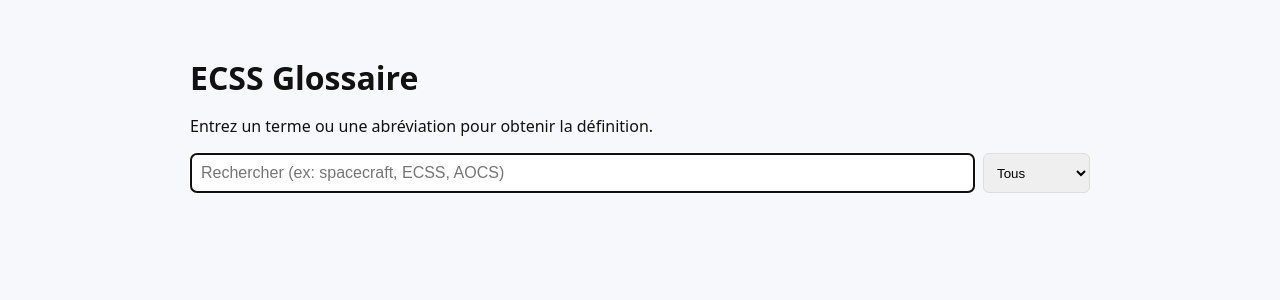
Repository: aldricprt/ecss-glossary
Page: web/index.html
The author's editor kept a copy of each file at every save. The page is drawn from the files as they stood at one save, then again after the next save.
The browser window is 1280 px wide. The pictures show the whole page.

Above is the page before, as saved 2025-10-28 13:50:00.

### web/index.html
<!doctype html>
<html lang="fr">
<head>
  <meta charset="utf-8" />
  <meta name="viewport" content="width=device-width,initial-scale=1" />
  <title>ECSS Glossaire — local</title>
  <link rel="stylesheet" href="styles.css">
</head>
<body>
  <main>
    <h1>ECSS Glossaire</h1>
    <p>Entrez un terme ou une abréviation pour obtenir la définition.</p>

    <div class="search">
      <input id="q" type="search" placeholder="Rechercher (ex: spacecraft, ECSS, AOCS)" autofocus />
      <select id="filter">
        <option value="all">Tous</option>
        <option value="Terme">Terme</option>
        <option value="Abréviation">Abréviation</option>
      </select>
    </div>

    <div id="results"></div>
  </main>

  <script src="app.js"></script>
  <!-- Fuse.js pour recherche floue côté client -->
  <script src="https://cdn.jsdelivr.net/npm/fuse.js@6.6.2/dist/fuse.min.js"></script>
</body>
</html>

### web/styles.css
:root{--bg:#f7f8fb;--card:#fff;--accent:#0b5cff}
body{font-family:system-ui,-apple-system,Segoe UI,Roboto,"Helvetica Neue",Arial; background:var(--bg); color:#111; margin:0;}
main{max-width:900px;margin:36px auto;padding:20px}
h1{margin:0 0 8px}
.search{display:flex;gap:8px;margin:14px 0}
input[type=search]{flex:1;padding:10px;border:1px solid #ddd;border-radius:6px;font-size:16px}
select{padding:9px;border-radius:6px;border:1px solid #ddd}
#results{margin-top:18px}
.item{background:var(--card);padding:14px;border-radius:8px;box-shadow:0 1px 0 rgba(0,0,0,0.04);margin-bottom:10px}
.item h3{margin:0 0 6px;font-size:18px;color:var(--accent)}
.item p{margin:0;color:#222}
small{font-size:12px;color:#666}

### web/app.js
let glossary = [];
let fuse = null;

async function tryFetch(path){
  try{
    const resp = await fetch(path);
    if(!resp.ok) throw new Error(`HTTP ${resp.status}`);
    return await resp.json();
  }catch(e){
    return null;
  }
}

async function loadGlossary() {
  // Try common locations so the frontend works whether you serve the project root
  // or only the web/ folder.
  const candidates = ['data/glossary.json', '../data/glossary.json', '/data/glossary.json'];
  for(const p of candidates){
    const j = await tryFetch(p);
    if(j){
      glossary = j;
      console.log('Loaded glossary from', p, glossary.length);
      // build Fuse index
      try{
        fuse = new Fuse(glossary, {
          keys: [
            { name: 'term', weight: 0.8 },
            { name: 'definition', weight: 0.4 }
          ],
          includeMatches: true,
          threshold: 0.35,
          ignoreLocation: true,
          minMatchCharLength: 1
        });
      }catch(e){
        console.warn('Fuse initialization failed, search will fallback to simple filtering', e);
        fuse = null;
      }
      return;
    }
  }

  // If we get here, none of the paths worked
  const msg = `Impossible de charger data/glossary.json. Assurez-vous d'avoir exécuté le parseur (tools/parse_glossary.py) et de servir le projet via un serveur HTTP. Par exemple, depuis la racine du projet :\n\n  cd /path/to/ECSS\n  python3 -m http.server 8000\n\nPuis ouvrez http://localhost:8000/web/`;
  const el = document.getElementById('results');
  el.innerHTML = '';
  const pre = document.createElement('pre');
  pre.textContent = msg;
  el.appendChild(pre);
  console.error('Could not load glossary.json from any candidate path');
}

function escapeHtml(s){
  return s.replace(/[&<>"]+/g, c=>({
    '&':'&amp;','<':'&lt;','>':'&gt;','"':'&quot;'
  }[c]));
}

function highlightWithIndices(text, indices){
  if(!indices || indices.length===0) return escapeHtml(text);
  // indices: array of [start, end] (inclusive)
  indices.sort((a,b)=>a[0]-b[0]);
  let out = '';
  let pos = 0;
  for(const [s,e] of indices){
    const start = Math.max(0, s);
    const end = Math.min(text.length-1, e);
    if(start > pos){
      out += escapeHtml(text.slice(pos, start));
    }
    out += '<mark>' + escapeHtml(text.slice(start, end+1)) + '</mark>';
    pos = end+1;
  }
  if(pos < text.length) out += escapeHtml(text.slice(pos));
  return out;
}

function mkResult(item, matches){
  const div = document.createElement('div');
  div.className = 'item';
  const h = document.createElement('h3');
  const idSuffix = item.id ? ` (${item.id})` : '';
  // find match indices for term and definition
  const mTerm = (matches || []).find(m=>m.key==='term');
  const mDef = (matches || []).find(m=>m.key==='definition');
  const termHtml = highlightWithIndices(item.term, mTerm ? mTerm.indices : []);
  const defHtml = highlightWithIndices(item.definition, mDef ? mDef.indices : []);
  h.innerHTML = `${termHtml}${escapeHtml(idSuffix)} `;
  const small = document.createElement('small');
  small.textContent = item.type;
  h.appendChild(document.createTextNode(' '));
  h.appendChild(small);
  const p = document.createElement('p');
  p.innerHTML = defHtml;
  div.appendChild(h);
  div.appendChild(p);
  return div;
}

function search(q, filter) {
  if (!q) return [];
  if(fuse){
    const raw = fuse.search(q, {limit: 200});
    let results = raw.map(r=>({item: r.item, matches: r.matches}));
    if(filter && filter !== 'all') results = results.filter(r=>r.item.type===filter);
    return results.slice(0,200);
  }
  // fallback to simple filter
  const s = q.trim().toLowerCase();
  return glossary.filter(it => {
    if (filter && filter !== 'all' && it.type !== filter) return false;
    return it.term.toLowerCase().includes(s) || it.definition.toLowerCase().includes(s);
  }).slice(0, 200).map(it=>({item:it, matches:[]}));
}

function render(results) {
  const container = document.getElementById('results');
  container.innerHTML = '';
  if (!results || results.length === 0) {
    container.textContent = 'Aucun résultat.';
    return;
  }
  for (const r of results) {
    if(r.item) container.appendChild(mkResult(r.item, r.matches));
    else container.appendChild(mkResult(r));
  }
}

function debounce(fn, wait=200){
  let t = null;
  return (...args)=>{
    clearTimeout(t);
    t = setTimeout(()=>fn(...args), wait);
  }
}

document.addEventListener('DOMContentLoaded', async ()=>{
  await loadGlossary();
  const q = document.getElementById('q');
  const filter = document.getElementById('filter');
  const doSearch = debounce(()=>{
    const results = search(q.value, filter.value);
    render(results);
  }, 150);
  q.addEventListener('input', doSearch);
  filter.addEventListener('change', doSearch);
});

Loaded but not shown: data/glossary.json (2492 lines, source omitted)

After the next save:
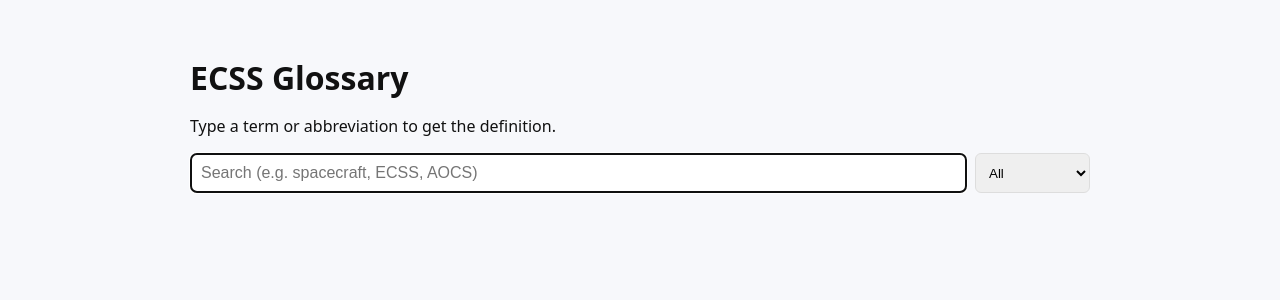
Saved 3 min 6 s later.
--- a/web/index.html
+++ b/web/index.html
@@ -1,22 +1,22 @@
 <!doctype html>
-<html lang="fr">
+<html lang="en">
 <head>
   <meta charset="utf-8" />
   <meta name="viewport" content="width=device-width,initial-scale=1" />
-  <title>ECSS Glossaire — local</title>
+  <title>ECSS Glossary — local</title>
   <link rel="stylesheet" href="styles.css">
 </head>
 <body>
   <main>
-    <h1>ECSS Glossaire</h1>
-    <p>Entrez un terme ou une abréviation pour obtenir la définition.</p>
+    <h1>ECSS Glossary</h1>
+    <p>Type a term or abbreviation to get the definition.</p>
 
     <div class="search">
-      <input id="q" type="search" placeholder="Rechercher (ex: spacecraft, ECSS, AOCS)" autofocus />
+      <input id="q" type="search" placeholder="Search (e.g. spacecraft, ECSS, AOCS)" autofocus />
       <select id="filter">
-        <option value="all">Tous</option>
-        <option value="Terme">Terme</option>
-        <option value="Abréviation">Abréviation</option>
+        <option value="all">All</option>
+        <option value="Terme">Term</option>
+        <option value="Abréviation">Abbreviation</option>
       </select>
     </div>
 
@@ -24,7 +24,7 @@
   </main>
 
   <script src="app.js"></script>
-  <!-- Fuse.js pour recherche floue côté client -->
+  <!-- Fuse.js for fuzzy search (client-side) -->
   <script src="https://cdn.jsdelivr.net/npm/fuse.js@6.6.2/dist/fuse.min.js"></script>
 </body>
 </html>
